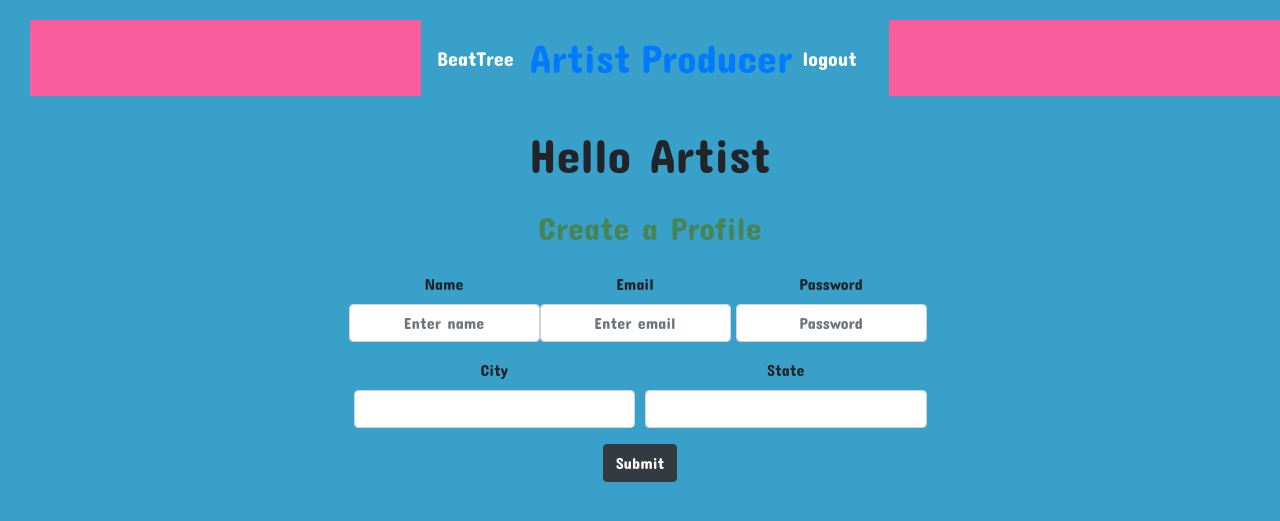
Repository: kellysciandra/beattree
Page: /signup/artist
These files come from the project's save history. The page is drawn as it stood at one moment and after the next save; the edit follows.
The browser window is 1280 px wide. The pictures show the whole page.
The page's requests for data from a server got no answer. The project was rebuilt for these pictures with package versions that can differ from the ones it lists, and the page was loaded fresh each time. No one was signed in, and anything a server would have sent is missing. Also part of the build but not shown: src/components/layout/Home.js, src/components/artist/Artist.js, src/components/producer/Producer.js, src/components/artist/ArtistUpload.js, src/components/signup/ProducerSignup.js, src/components/audio/Beats.js.

Above is the page before, as saved 2019-12-23 12:49:23.

### public/index.html
<!DOCTYPE html>
<html lang="en">
  <head>
    <meta charset="utf-8" />
    <link rel="icon" href="%PUBLIC_URL%/favicon.ico" />
    <meta name="viewport" content="width=device-width, initial-scale=1" />
    <meta name="theme-color" content="#000000" />
    <meta
      name="description"
      content="Web site created using create-react-app"
    />
    <link rel="apple-touch-icon" href="%PUBLIC_URL%/logo192.png" />
    <link href="https://fonts.googleapis.com/css?family=Concert+One&display=swap" rel="stylesheet">
    <!--
      manifest.json provides metadata used when your web app is installed on a
      user's mobile device or desktop. See https://developers.google.com/web/fundamentals/web-app-manifest/
    -->
    <link rel="manifest" href="%PUBLIC_URL%/manifest.json" />
    <!--
      Notice the use of %PUBLIC_URL% in the tags above.
      It will be replaced with the URL of the `public` folder during the build.
      Only files inside the `public` folder can be referenced from the HTML.

      Unlike "/favicon.ico" or "favicon.ico", "%PUBLIC_URL%/favicon.ico" will
      work correctly both with client-side routing and a non-root public URL.
      Learn how to configure a non-root public URL by running `npm run build`.
    -->
    <title>React App</title>
  </head>
  <body>
    <noscript>You need to enable JavaScript to run this app.</noscript>
    <div id="root"></div>
    <!--
      This HTML file is a template.
      If you open it directly in the browser, you will see an empty page.

      You can add webfonts, meta tags, or analytics to this file.
      The build step will place the bundled scripts into the <body> tag.

      To begin the development, run `npm start` or `yarn start`.
      To create a production bundle, use `npm run build` or `yarn build`.
    -->
  </body>
</html>

### src/App.js
import React from 'react';
import { BrowserRouter as Router, Route} from 'react-router-dom'

//components
import Home from './components/layout/Home'
import NavBar from './components/layout/NavBar'
import Artist from './components/artist/Artist'
import Producer from './components/producer/Producer'
import ArtistSignup from './components/signup/ArtistSignup'
import ArtistUpload from './components/artist/ArtistUpload'
import ProducerSignup from './components/signup/ProducerSignup'
import Beats from './components/audio/Beats'

//css
import './css/style.scss'


const App = (props) => {
  return (
    <Router>
      <div>
        <NavBar />
        <Route exact path="/" component={Home}/>
        <Route exact path="/signup/artist" component={ArtistSignup}/>
        <Route exact path="/signup/producer" component={ProducerSignup}/>
        <Route exact path="/artist" component={Artist}/>
        <Route exact path="/producer" component={Producer}/>
        <Route exact path="/audio/beats" component={Beats}/>
        <Route exact path='/artist/upload' component={ArtistUpload}/>
      </div>
    </Router>
  )
}

export default App

### src/components/layout/NavBar.js
import React from 'react'
import { NavLink } from 'react-router-dom'
import Navbar from 'react-bootstrap/Navbar'


const NavBar = () => {
    return (
        <div className='nav-bar'>
        <Navbar expand="sm" variant="dark">
          <Navbar.Brand href="/">BeatTree</Navbar.Brand>
            <NavLink to="/signup/artist" style={{ marginRight: 10 }}>Artist</NavLink>
            <NavLink to="/signup/producer" style={{ marginRight: 10 }}>Producer</NavLink>
            <Navbar.Brand href="#">logout</Navbar.Brand>
      </Navbar>
      </div>
    )
}

export default NavBar

### src/components/signup/ArtistSignup.js
import React, { Component } from "react";
import Button from 'react-bootstrap/Button'
import { Col, Form } from "react-bootstrap";


import "@fortawesome/fontawesome-free/css/all.min.css";
import "bootstrap-css-only/css/bootstrap.min.css";

export default class ArtistSignup extends Component {
  constructor() {
    super()
    this.state = {
      artists_url: 'http://localhost:3000/artist'
    }
  }

  componentDidMount = () => {

    return fetch('http://localhost:3000/artists/', {
      method: 'POST',
      headers: {
        'Content-Type': 'application/json'
      },
      body: JSON.stringify({
        name: 'name',
        username: 'username',
      })
    })
    .then(response=>console.log(response.json))
}

  handleSubmit = () => {
    this.props.history.push('/artist/');
  }

  render() {
    return (
      <div>
      <h1 className='title'>Hello Artist</h1>
      <h3 className='sub-title'>Create a Profile</h3>

     <Form className='signup' onSubmit={this.handleSubmit}>
       <Form.Row>
       <Form.Group controlId="formGridName">
       <Form.Label>Name</Form.Label>
       <Form.Control type="email" placeholder="Enter name" />
       </Form.Group>

       <Form.Group controlId="formGridEmail">
       <Form.Label>Email</Form.Label>
       <Form.Control type="email" placeholder="Enter email" />
       </Form.Group>

       <Form.Group as={Col} controlId="formGridPassword">
       <Form.Label>Password</Form.Label>
       <Form.Control type="password" placeholder="Password" />
       </Form.Group>
       </Form.Row>

       <Form.Row>
       <Form.Group as={Col} controlId="formGridCity">
       <Form.Label>City</Form.Label>
       <Form.Control />
       </Form.Group>

       <Form.Group as={Col} controlId="formGridState">
       <Form.Label>State</Form.Label>
       <Form.Control />
       </Form.Group>
       </Form.Row>

       <Button variant="dark" type="submit">Submit</Button>
     </Form>
   </div>

    )
  }
};

### src/css/style.scss
@import url('https://fonts.googleapis.com/css?family=Roboto:300,400,700');

* {
  text-align: center;
  margin: 0;
  padding: 0;
  -webkit-box-sizing: border-box;
  -moz-box-sizing: border-box;
  box-sizing: border-box;
  background-color:#39a0ca
}

html {
  font-size: 16px;
  font-family: 'IBM Plex Serif', serif;
}

@media screen and (max-width: 500px) {
  html {
    font-size: 10px;
  }
}

.container-1 {
  background-color: #f95d9b;
  border: dotted;
  border-style: dashed;
  padding: 10px;
  margin-left: 75px;
  display: inline;
  border-radius: 20px;
}

.container-2 {
  background-color: #478559;
  border: dotted;
  border-style: dashed;
  padding: 10px;
  margin-left: 75px;
  display: inline;
  border-radius: 20px;
}



.italic {
  font-style: italic;
}

.caption {
  text-transform: uppercase;
  font-weight: 300;
}

/* Music Panel related */

.music-panel {
  display: grid;
  grid-template-columns: 1fr;
}

.nav-bar {
  text-align: center;
  font-family: 'Concert One', cursive;
  margin-top: 20px;
  margin-left: 30px;
  font-size: 40px;
  display: flex;
  justify-content: space-around;
  background-color: #f95d9b
}

li {
  list-style: none;
  display: inline-block;
}

.links {
  padding: 1em;
  text-decoration: none;
  color: #ab14ab;
}


.link-div {
  text-transform: uppercase;
  padding: 1em;
  text-align: center;
}

.link-div:hover,
.link-div:focus,
.link-div:active {
  border-bottom: solid 4px #ab14ab;
}

.active-link {
  border-bottom: solid 4px #ab14ab;
}

/* Song Panel related */
.show-songs {
  padding: 1em;
  height: 70vh;
}

.song-list {
  height: 80%;
  overflow-y: auto;
}

/* Search bar related */

.search-bar {
  margin: 1em;
}

.search-div {
  color: #ab14ab;
  font-size: 1em;
  position: relative;
}

.search-box {
  visibility: hidden;
  letter-spacing: 1px;
  padding: 1em;
  height: 40px;
}

.search-icon {
  position: absolute;
  top: 40%;
  left: -4px;
  color: #ab14ab;
}

.search-div:hover {
  cursor: pointer;
}

.search-div:hover .search-box {
  visibility: visible;
}

.search-div:hover .close-icon {
  visibility: visible;
}


.close-icon {
  position: absolute;
  right: 0;
  top: 40%;
  visibility: hidden;
  color: #bbb;
}

.close-icon:hover {
  cursor: pointer;
}

input[type=text] {
  width: 100%;
  border: 0;
  outline: 0;
}

input[type=text]:hover  {
  cursor: pointer;
}


input[type=text]:focus  {
  border-bottom: solid 2px #ab14ab;
}


/* song info related */
.song-info {
  display: grid;
  grid-template-columns: 1fr 1fr 1fr;
  border-bottom: solid 1px #ddd;
  margin-bottom: 1em;
  padding: 1em;
  grid-gap: 1em;
}

.song-info:hover {
  background-color: #eee;
  box-shadow: 1px 1px 15px rgba(0, 0, 0, .5);
}

.song-name {
  font-size: 1em;
  padding: 1px;
}


.song-artist {
  font-size: 0.7em;
}

.song-rating {
  font-size: 0.7em;
}

.movie-info {
  width: 100px;
  text-overflow: ellipsis;
  overflow: hidden;
  white-space: nowrap;
  display: inline-block;
}


/* Popover related */
.popover {
  position: relative;
  display: inline-block;
  padding: 10px;
}

.popover-icon {
  color: #ab14ab;
  cursor: pointer;
}

.popover-content {
  display: none;
  background-color: #eee;
  padding: 1em;

  position: absolute;
  z-index: 1;
  top: -29px;
  left: 23px;

  border-radius: 2px;
  font-size: 1.3rem;

  width: 200px;
  opacity: .8;
  border: 1px solid #ddd;
}

.popover-content::before {
  content: '';
  border-bottom: solid 10px transparent;
  border-top: solid 10px transparent;
  border-right: solid 10px #eee;
  position: absolute;
  left: -8px;
  top: 36%;

}

.popover:hover .popover-content {
  display: block;
}

/* audio related */
audio {
  width: 200px;
}




.popover-info {
  display: block;
  font-size: .5em;
}

/* Stars related */
.star {
  padding: 0.2em;
  cursor: pointer;
}

.checked {
  color: #ab14ab;
}

.unchecked {
  color: #eee;
}


/* scrollbar related */
::-webkit-scrollbar {
  width: 10px;
}

::-webkit-scrollbar-thumb {
  border-radius: 8px;
  background-color: #ddd;
}

.signup {
  display: inline-block;
  font-family: 'Concert One', cursive;

}

.logo {
  font-family: 'Concert One', cursive;
  font-size: 15em;
  margin-left: 20px;
  margin-bottom: 25px
}

.title {
  font-family: 'Concert One', cursive;
  font-size: 3em;
  margin-top: 30px;
  margin-left: 20px;
  margin-bottom: 25px
}

.sub-title {
  font-family: 'Concert One', cursive;
  font-size: 2em;
  color: #478559;
  margin-left: 20px;
  margin-bottom: 25px
}

.button {
  font-family: 'Concert One', cursive;
  padding: 20px;
  margin-left: 20px;
  margin-right: 20px;
  border-radius: 8px;
}

.upload {
  padding: 0.2em;
  cursor: pointer;
}

Loaded but not shown: src/index.js (common file); src/serviceWorker.js (common file)

After the next save:
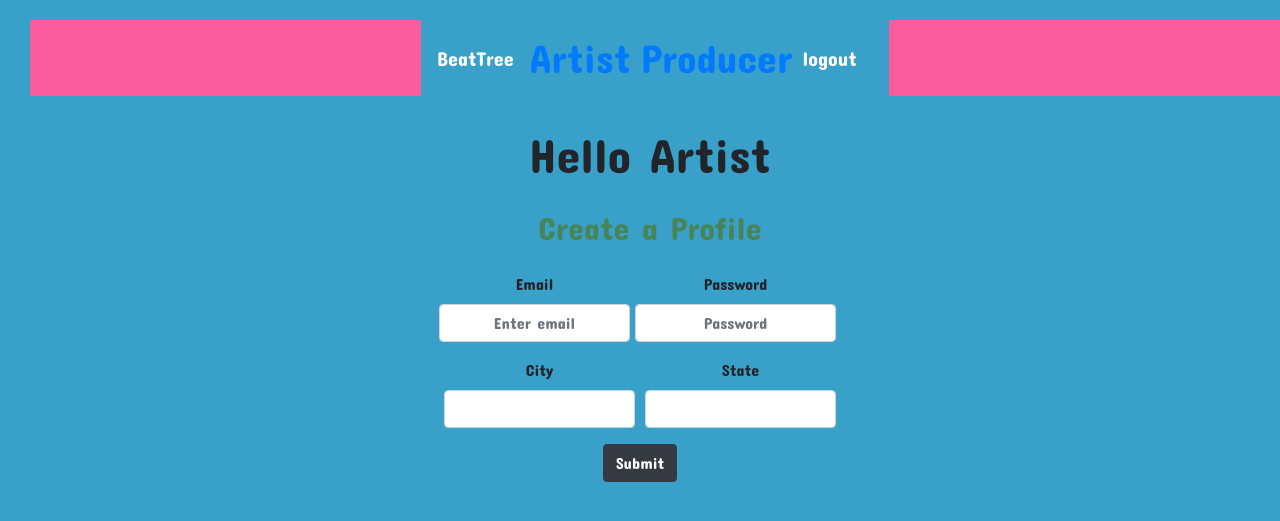
Saved 31 s later.
--- a/src/components/signup/ArtistSignup.js
+++ b/src/components/signup/ArtistSignup.js
@@ -41,10 +41,6 @@ export default class ArtistSignup extends Component {
 
      <Form className='signup' onSubmit={this.handleSubmit}>
        <Form.Row>
-       <Form.Group controlId="formGridName">
-       <Form.Label>Name</Form.Label>
-       <Form.Control type="email" placeholder="Enter name" />
-       </Form.Group>
 
        <Form.Group controlId="formGridEmail">
        <Form.Label>Email</Form.Label>
